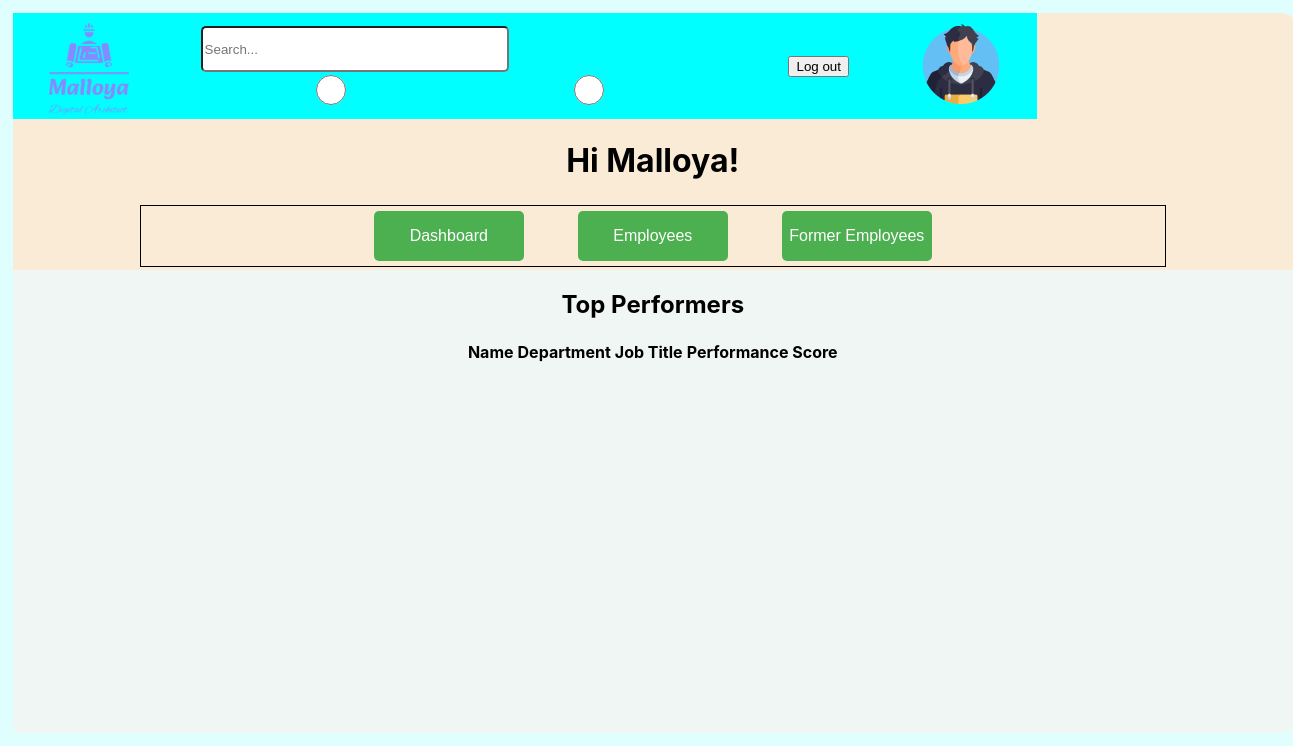
Repository: SbuKhoza/register
Page: /
An editor plug-in stored every save of this project. The page is shown before and after a run of saves, followed by the edit.
The browser window is 1280 px wide. The page is 1293 px wide, so the pictures cover 1293 px, including what lies to the right of the window. The pictures show the whole page.
The project was rebuilt for these pictures with package versions that can differ from the ones it lists, and the page was loaded fresh each time.

Above is the page before, as saved 2024-07-18 12:20:41.

### src/App.js

import './App.css';
import Home from './Home'

function App() {
  return (
    <div className="App">
     <Home />



  </div>


  );
}

export default App;

### src/App.css
body {
  background-color: rgb(223, 255, 255);
}



.container {
  background-color: antiquewhite;
  margin: 1%;
  border-radius: 1%;
  width: 98%;
  height: 100vh;
  display: grid;
  grid-template-columns: 0.2fr 1fr 1fr;
  grid-template-rows: 0.2fr 1fr;
  grid-template-areas:
  "header nav nav";
}

ul {
  list-style-type: none;
}

nav {
  grid-area: nav;
  display: flex;
  justify-content:space-around;
  align-items: center;
  background-color: rgb(231, 224, 224);
}

nav a {
  text-decoration: none;
  color: rgb(17, 17, 17);
  font-size: 15px;
}

nav input {
  height: 30px;
  width: 250px;
}

### src/Home.js
import './Home.css';

function Home() {
    return (
        <div className="App">
            <div className='container'>

                    <div className='heading'></div>
                <nav>
                    <div className='logo'>
                        <img src='logo.png' alt='logo'></img>
                    </div>

                    <div className='search'>
                        <input type='text' placeholder='Search...' id='search'></input>
                        <div className='rad'>
                        <input type='radio' id='nam' name='fname' value={'fname'}></input>
                        <input type='radio' id='eid' name='emp-id' value={'emp-id'}></input>
                        </div>
                    </div>

                    <div className='logout'>
                        <button type='button' className='btn'>Log out</button>
                    </div>

                    <div className='profile'>
                        <img src='boy.png' alt='profile'></img>
                    </div>

                </nav>

                <div className='nav2'>
                    <h1>Hi Malloya!</h1>

                </div>

                <div className='nav3'>
                    <div className='dash'>
                    <button type='button' className='btn'>Dashboard</button>
                    <button type='button' className='btn'>Employees</button>
                    <button type='button' className='btn'>Former Employees</button>
                    </div>


                </div>

                <div className='main'>
                    <div className='cont-form'>
                        <h2>Top Performers</h2>
                        <div className='table'>
                            <table>
                                <thead>
                                    <tr>
                                        <th>Name</th>
                                        <th>Department</th>
                                        <th>Job Title</th>
                                        <th>Performance Score</th>
                                    </tr>



                                </thead>
                            </table>
                        </div>


                    </div>

                </div>


            </div>


        </div>


    );
  }






export default Home;

### src/Home.css


.container {
    display: grid;
    height: 100vh;
    width: 100%;
    grid-template-columns: 0.5fr 1fr 1fr 0.5fr;
    grid-template-rows: 0.3fr 0.2fr 0.3fr 2fr;
    grid-template-areas: 'nav nav nav nav'
    'nav2 nav2 nav2 nav2'
    'nav3 nav3 nav3 nav3'
    'body body body body'

}


nav {
    background-color: aqua;
    width: 80%;
    grid-area: nav;
    display: flex;
    justify-content: space-around;
    align-items: center;
}

.logo {
    margin-top: 10px;
    width: 80px;

}

.logo img {
    width: 100%;
    object-fit:fill;
}

.profile {
    width: 80px;
}

.profile img {
    width: 100%;
    object-fit: cover;
}
.search {
    display: flex;
    flex-direction: column;
}

.rad {
    display: flex;
}

#search {
    height: 40px;
    width: 300px;
    border-radius: 5px;
}

.nav2 {
    grid-area: nav2;
    text-align: center;

}


.nav3 {
    grid-area: nav3;
    display: flex;
    justify-content: space-around;
    align-items: center;
}

.dash {
    width: 80%;
    height: 60px;
    border: 1px solid black;
    display: flex;
    justify-content: center;
    align-items: center;
    gap:50px;

}

.dash button {
    width: 150px;
    height: 50px;
    background-color: #4CAF50;
    color: white;
    border: none;
    border-radius: 5px;
    text-align: center;
    text-decoration: none;
    display: inline-block;
    font-size: 16px;
    margin: 4px 2px;
    cursor: pointer;

}

.main {
    grid-area: body;
    display: flex;
    background-color: rgba(238, 249, 252, 0.8);
    justify-content: center;
    text-align: center;
}

Loaded but not shown: public/index.html (common file); src/index.js (common file); src/index.css (common file); src/reportWebVitals.js (common file)

After the next 5 saves:
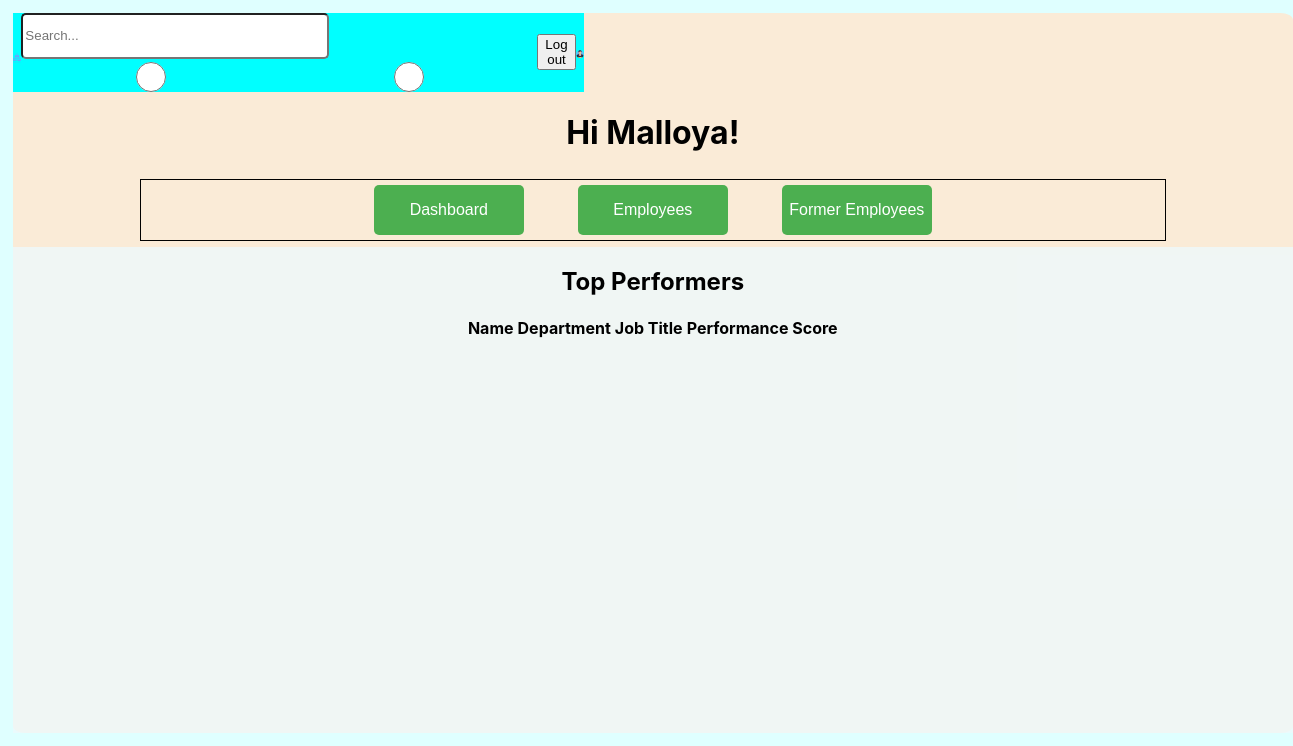
The 5 saves are shown as one change because 3 did not build or start and some came seconds apart.
The last was saved 24 s later.
--- a/src/Home.js
+++ b/src/Home.js
@@ -5,7 +5,7 @@ function Home() {
         <div className="App">
             <div className='container'>
 
-                    <div className='heading'></div>
+            <div className='heading'>
                 <nav>
                     <div className='logo'>
                         <img src='logo.png' alt='logo'></img>
@@ -28,7 +28,7 @@ function Home() {
                     </div>
 
                 </nav>
-
+                </div>
                 <div className='nav2'>
                     <h1>Hi Malloya!</h1>
 
